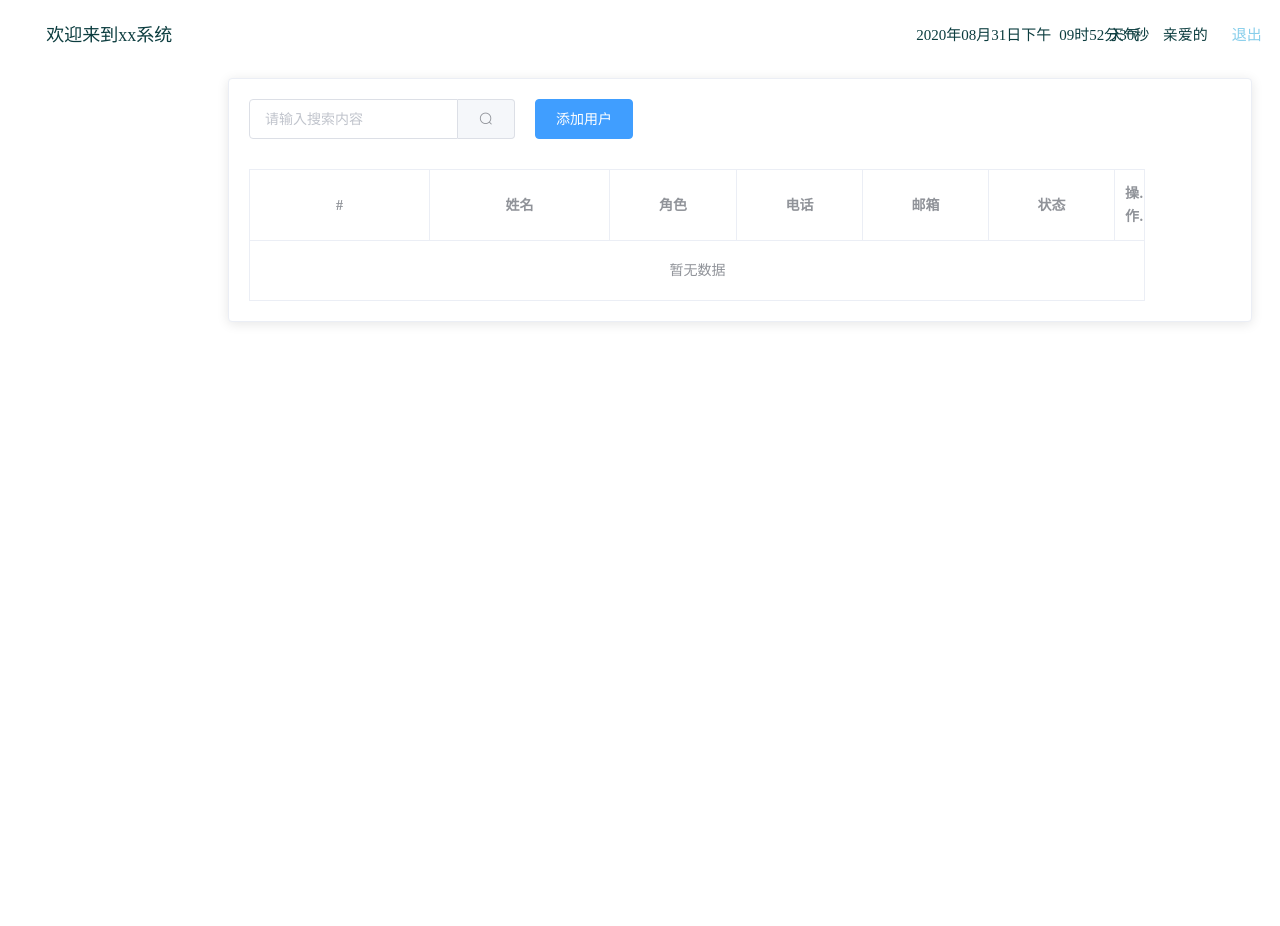
Repository: 2510699771/background-system
Page: /users/users
An editor plug-in stored every save of this project. The page is shown before and after a run of saves, followed by the edit.
The browser window is 1280 px wide. The pictures show the whole page.
The page's requests for data from a server got no answer. The project was rebuilt for these pictures with package versions that can differ from the ones it lists, and the page was loaded fresh each time. No one was signed in, and anything a server would have sent is missing. Also part of the build but not shown: vue.config.js, src/views/Home.vue.

Above is the page before, as saved 2020-08-31 21:55:23.

### src/main.js
import Vue from 'vue'
import App from './App.vue'
import router from './router'
import store from './store'
import ElementUI from 'element-ui';
import 'element-ui/lib/theme-chalk/index.css';

Vue.config.productionTip = false
Vue.use(ElementUI);

new Vue({
  router,
  store,
  el: '#app',
  render: h => h(App)
}).$mount('#app')

### src/App.vue
<template>
  <div id="app">

    <router-view/>
  </div>
</template>

<style lang="stylus">
</style>

### src/router/index.js
import Vue from 'vue'
import VueRouter from 'vue-router'
import Home from '../views/Home.vue'
import Layout from "../views/Layout/Layout.vue"

Vue.use(VueRouter)

const routes = [
  //首页
  {
    path: "/home",
    component: Layout,
    meta: {
      icon: 'el-icon-s-home'
    },
    children: [{
      path: "",
      name: 'Home',
      component: Home,
      meta: {
        title: '首页',
        parentpath: '/home',
        icon: 'el-icon-s-home'
      }
    }, ]
  },
  {
    path: '/',
    redirect: '/home'
  },
  //数据统计
  {
    path: "/reports",
    component: Layout,
    meta: {
      icon: 'el-icon-message'
    },
    children: [{
      path: "reports",
      name: "reports",
      component: () => import("../views/Reports/Reports.vue"),
      meta: {
        title: '数据报表',
        parentpath: "/reports/reports",
        icon: 'el-icon-position'
      }
    }]
  },
  //订单管理
  {
    path: "/orders",
    component: Layout,
    meta: {
      icon: 'el-icon-notebook-2'
    },
    children: [{
      path: "orders",
      name: "orders",
      component: () => import("../views/Orders/Orders.vue"),
      meta: {
        title: '订单列表',
        parentpath: "/orders/orders",
        icon: 'el-icon-folder-add'
      }
    }, ]
  },
  //商品管理
  {
    path: "/goods",
    component: Layout,
    meta: {
      icon: 'el-icon-shopping-bag-1'
    },
    children: [{
        path: "goods",
        name: "goods",
        component: () => import("../views/Goodlist/Goodlist.vue"),
        meta: {
          title: '商品列表',
          parentpath: "/goods/goods",
          icon: 'el-icon-bangzhu'
        }
      },
      {
        path: "params",
        name: "params",
        component: () => import("../views/Goodsparams/Goodsparams.vue"),
        meta: {
          title: '分类参数',
          parentpath: "/goods/params",
          icon: 'el-icon-bell'
        }
      }, {
        path: "categories",
        name: "categories",
        component: () => import("../views/GoodsCategories/GoodsCategories.vue"),
        meta: {
          title: '商品分类',
          parentpath: "/goods/categories",
          icon: 'el-icon-date'
        }
      },
    ]
  },
  //用户管理
  {
    path: "/users",
    component: Layout,
    meta: {
      icon: 'el-icon-user'
    },
    children: [{
      path: "users",
      name: "users",
      component: () => import("../views/UserList/UserList.vue"),
      meta: {
        title: '用户列表',
        parentpath: "/users/users",
        icon: 'el-icon-user'
      }
    }, ]
  },
  //权限管理
  {
    path: "/rights",
    component: Layout,
    meta: {
      icon: 'el-icon-folder'
    },
    children: [{
      path: "roles",
      name: "roles",
      component: () => import("../views/Rolelist/Rolelist.vue"),
      meta: {
        title: '角色列表',
        parentpath: "/rights/roles",
        icon: 'el-icon-setting'
      }
    }, {
      path: "rights",
      name: "rights",
      component: () => import("../views/Permissionslist/Permissionslist.vue"),
      meta: {
        title: '权限列表',
        parentpath: "/rights/rights",
        icon: 'el-icon-c-scale-to-original'
      }
    }, ]
  },
  //登录
  {
    path: '/login',
    name: 'login',
    component: () => import('../views/Login/Login.vue')
  }
]
const isPro = process.env.NODE_ENV === 'production'

const router = new VueRouter({
  mode: isPro ? 'hash' : 'history',
  base: process.env.BASE_URL,
  routes
})

export default router

### src/store/index.js
import Vue from 'vue'
import Vuex from 'vuex'
import user from "./user/user"

Vue.use(Vuex)

export default new Vuex.Store({
  //存储共享数据
  state: {},
  //同步修改state的值
  mutations: {},
  //用来发请求，异步提交mutation
  actions: {},
  //模块
  modules: {
    user
  }
})

### src/views/Layout/Layout.vue
<template>
  <div>
    <el-container>
      <el-header height="50px">
        <top></top>
      </el-header>
      <el-container>
        <el-aside width="200px">
          <left></left>
        </el-aside>
        <el-main>
          <router-view />
        </el-main>
      </el-container>
    </el-container>
  </div>
</template>

<script>
import top from "../../components/Layout/Top";
import left from "../../components/Layout/Left";
export default {
  name: "",
  //接受父组件传递的数据
  props: {},
  //注册组件
  components: {
    top,
    left,
  },
  data() {
    return {};
  },
  methods: {},
  mounted() {},
  watch: {},
  computed: {},
};
</script>

<style scoped lang='scss'>
.el-main {
  height: 860px;
}
</style>

### src/views/UserList/UserList.vue
<template>
  <div>
    <el-card class="box-card">
      <div style="width:30vw;display:flex">
        <el-input placeholder="请输入搜索内容" v-model="value" class="input-with-select">
          <el-button slot="append" icon="el-icon-search"></el-button>
        </el-input>
        <el-button type="primary" style="margin-left:20px">添加用户</el-button>
      </div>
      <div style="width:70vw;margin-top:30px">
        <el-table :data="userslist" border style="width: 100%" stripe>
          <el-table-column prop="date" label="#" width="180" type="index" align="center"></el-table-column>
          <el-table-column prop="username" label="姓名" width="180" align="center"></el-table-column>
          <el-table-column prop="role_name" label="角色" align="center"></el-table-column>
          <el-table-column prop="create_time" label="电话" align="center"></el-table-column>
          <el-table-column prop="email" label="邮箱" align="center"></el-table-column>
          <el-table-column prop="address" label="状态" align="center">
            <template slot-scope="scope">
              <el-switch
                v-model="scope.row.mg_state"
                active-color="#13ce66"
                @change="change(scope)"
                inactive-color="#A9A9A9"
              ></el-switch>
            </template>
          </el-table-column>
          <el-table-column prop="address" label="操作" align="center" width="30%">
            <template slot-scope="scope">
              <el-button
                type="primary"
                size="mini"
                icon="el-icon-edit"
                @click="handleEdit(scope.$index, scope.row)"
              ></el-button>
              <el-button
                type="danger"
                icon="el-icon-delete"
                size="mini"
                @click="handleEdit(scope.$index, scope.row)"
              ></el-button>
              <el-button
                type="warning"
                size="mini"
                icon="el-icon-setting"
                @click="handleEdit(scope.$index, scope.row)"
              ></el-button>
            </template>
          </el-table-column>
        </el-table>
      </div>
      <!-- <div style="margin-top:20px">
        <el-pagination
          @size-change="handleSizeChange"
          @current-change="handleCurrentChange"
          :current-page="currentPage"
          :page-sizes="pageSizes"
          :page-size="pageSize"
          layout="total, sizes, prev, pager, next, jumper"
          :total="uselist.length"
        ></el-pagination>
      </div>-->
    </el-card>
  </div>
</template>

<script>
import { createNamespacedHelpers } from "vuex";
const userModule = createNamespacedHelpers("user");
const { mapState: userState, mapActions: userActions } = userModule;
export default {
  name: "",
  //接受父组件传递的数据
  props: {},
  //注册组件
  components: {},
  data() {
    return {
      value: "",
      currentPage: 1,
      pageSizes: [5, 15, 20, 30],
      pagesize: 5, //每页显示条数
      pagenum: 1, //当前页码
      query: "", //查询参数
    };
  },
  methods: {
    change(e) {
      console.log(e);
      console.log(111);
    },
    //方法展开
    ...userActions(["getUsers"]),

    handleSizeChange(val) {
      console.log(`每页 ${val} 条`);
    },
    handleCurrentChange(val) {
      console.log(`当前页: ${val}`);
    },
    // getUsers() {
    //   this.$store.dispatch("user/getUsers", {
    //     query: this.query,
    //     pagenum: this.pagenum,
    //     pagesize: this.pagesize,
    //   });
    // },
  },
  mounted() {
    // this.getUsers();
    this.getUsers({
      query: this.query,
      pagenum: this.pagenum,
      pagesize: this.pagesize,
    });
  },
  watch: {},
  computed: {
    //数据展开
    ...userState(["userslist"]),
  },
};
</script>

<style scoped lang='scss'>
</style>

### src/store/user/user.js
import api from "../../http/api"
import router from "../../router"
import {
    Message
} from "element-ui"
export default {
    //开启命名空间
    namespaced: true,
    //存储共享数据
    state: {
        menus: [], //侧边导航

        userslist: [], //用户管理用户列表
        pagesize: 5, //每页显示条数
        pagenum: 1, //当前页码
        query: "", //查询参数

    },
    //同步修改state的值
    mutations: {
        //侧边导航栏方法
        setMenus(state, data) {
            state.menus = data
        },
        //用户管理列表
        setUserslist(state, data) {
            state.userslist = data
        }
    },

    //用来发请求，异步提交mutation
    actions: {
        //所有的请求都写在actions中

        //提交commit
        async getMenus({
            commit
        }) {
            let res = await api.getMenus()
            if (res.meta.status === 200) {
                res.data.unshift({
                    path: 'home',
                    authName: '首页',
                })
                res.data.map(item => {
                    item.path = '/' + item.path
                    router.options.routes.map(item2 => {
                        if (item.path === item2.path) {
                            item.icon = item2.meta.icon
                            if (item2.children && item2.children.length > 0) {
                                item2.children.map(item3 => {
                                    if (item.children && item.children.length > 0) {
                                        item.children.map(item4 => {
                                            if (item4.path === item3.path) {
                                                item4.icon = item3.meta.icon
                                            }
                                        })
                                    }
                                })
                            }
                        }
                    })
                    if (item.children && item.children.length > 0) {
                        item.children.map(item1 => {
                            item1.path = item.path + '/' + item1.path
                        })
                    }

                })
                commit('setMenus', res.data)

            }
        },

        //没有提交commit
        async login({
            commit
        }, {
            username,
            password
        }) {
            let res = await api.login({
                username,
                password
            })
            if (res.meta.status) {
                localStorage.setItem('admitToken', res.data.token)
                localStorage.setItem('admitUser', JSON.stringify(res.data))
                router.push('/')
                Message.success('登录成功')
                console.log(commit)
            }
        },

        async getUsers({
            commit
        }, {
            query,
            pagenum,
            pagesize,
        }) {
            let res = await api.getUsers(
                query, pagenum, pagesize
            )
            if (res.meta.status === 200) {
                console.log(res, "用户列表")
                commit('setUserslist', res.data.users)
            }
        }
    },
}

### src/components/Layout/Top.vue
<template>
  <div class="alltop">
    <div class="topContent">
      <div>欢迎来到xx系统</div>
      <div class="userinfo">
        <div class="time">
          <div>{{year}}</div>
          <div>{{prompt}}</div>
          <div style="margin:0 8px">{{specific}}</div>
        </div>
        <div style="width:30%">
          <div style="margin:0 12px">天气</div>
          <div style="margin:0 12px">亲爱的{{username}}</div>
          <div style="color:skyblue;cursor:pointer;margin:0 12px">退出</div>
        </div>
      </div>
    </div>
  </div>
</template>

<script>
import dayjs from "dayjs";
export default {
  name: "",
  //接受父组件传递的数据
  props: {},
  //注册组件
  components: {},
  data() {
    return {
      year: "",
      specific: "",
      prompt: "",
      username: "",
    };
  },
  methods: {
    getTime() {
      let time = dayjs(new Date()).format("YYYY年MM月DD日");
      let hour = dayjs(new Date()).format("HH");
      console.log(hour);
      if (0 <= hour && hour <= 12) {
        this.prompt = "上午";
      } else if (24 > hour && hour > 12) {
        this.prompt = "下午";
      }
      let specific = dayjs(new Date()).format("hh时mm分ss秒");
      this.year = time;
      this.specific = specific;
    },
  },
  mounted() {
    let name = JSON.parse(localStorage.getItem("admitUser"));
    if (name) {
      this.username = name.username;
    }
    setInterval(() => {
      this.getTime();
    }, 1000);
  },
  watch: {},
  computed: {},
};
</script>

<style scoped lang='scss'>
.alltop {
  color: rgb(12, 61, 63);
  width: 100%;
  height: 50px;
  display: flex;
  justify-content: center;
  align-content: center;
  font-size: 18px;
  .topContent {
    width: 97%;
    display: flex;
    justify-content: space-between;
    align-items: center;
    .userinfo {
      display: flex;
      width: 25%;
      justify-content: space-around;
    }
    .userinfo > div {
      height: 50px;
      align-items: center;
      display: flex;
      justify-content: center;
      font-size: 15px;
      white-space: nowrap;
    }
  }
}
.time {
  width: 15vw;
  display: flex;
  align-items: center;
}
</style>

### src/components/Layout/Left.vue
<template>
  <div>
    <el-menu router :default-active="$route.meta.parentpath" unique-opened>
      <!-- 最外层循环el-submenu不能直接在标签内部循环，需要在外部插槽循环然后给内容绑定:key -->
      <template v-for="item in menus">
        <el-submenu
          :key="item.id"
          :index="item.path"
          v-if="item.children && item.children.length > 0"
        >
          <!-- ！！！template标签必须要有slot="title"不然就为内容 -->
          <template slot="title">
            <i :class="item.icon"></i>
            <span>{{item.authName}}</span>
          </template>
          <!-- 第二层标题循环用<el-menu-item-group>标签包裹 -->
          <el-menu-item-group>
            <!-- el-menu-item标签 :index绑定路由 可在标签内循环 -->
            <el-menu-item v-for="item1 in item.children" :index="item1.path" :key="item1.id">
              <!-- slot="title"可加可不加 -->
              <i :class="item1.icon"></i>
              <span slot="title">{{item1.authName}}</span>
            </el-menu-item>
          </el-menu-item-group>
        </el-submenu>
        <!-- v-else 如果item下的list为空的时候取消折叠 -->
        <el-menu-item :index="item.path" :key="item.id" v-else>
          <i :class="item.icon"></i>
          <span slot="title">{{ item.authName }}</span>
        </el-menu-item>
      </template>
    </el-menu>
  </div>
</template>

<script>
import { createNamespacedHelpers } from "vuex";
const userModule = createNamespacedHelpers("user");
const { mapState: userState, mapActions: userActions } = userModule;

export default {
  name: "",
  //接受父组件传递的数据
  props: {},
  //注册组件
  components: {},
  data() {
    return {};
  },
  methods: {
    //方法展开
    ...userActions(["getMenus"]),
  },
  mounted() {
    this.getMenus();
  },
  watch: {},
  computed: {
    //数据展开
    ...userState(["menus"]),
  },
};
</script>

<style scoped lang='scss'>
</style>

### src/http/api.js
import service from "./index"

export default {
    //登录
    login({
        username,
        password
    }) {
        return service.post('/login', {
            username,
            password
        })
    },
    //侧边导航
    getMenus() {
        return service.get('menus')
    },

    //用户数据列表
    getUsers(
        query, //查询参数
        pagenum, //当前页码
        pagesize //每页显示条数

    ) {
        return service.get(`users?query=${query}&pagenum=${pagenum}&pagesize=${pagesize}`)
    }

}

### src/http/index.js
import axios from "axios"
import nprogress from "nprogress"
import {
    Message
} from "element-ui"

//运行环境：本地环境:devLpment和线上(生产)环境:production
const isPro = process.env.NODE_ENV === 'production'

const servic = axios.create({
    //基础路径
    baseURL: isPro ? '线上接口路径' : '/api',
    timeout: 100000
})

//请求拦截
servic.interceptors.request.use((config) => {
    //请求成功的时候上面的进度条开始
    nprogress.start()
    //前后端建权(令牌)
    let token = localStorage.getItem('admitToken')
    if (token) {
        config.headers['Authorization'] = token
    }
    return config
}), err => {
    //请求失败的时候
    nprogress.done()
    return Promise.reject(err)
}


//响应拦截,每一次接口返回路径都会干的事情
servic.interceptors.response.use((res) => {
    nprogress.done()
    return res.data
}), err => {
    //失败的时候
    if (err.response && err.response.status) {
        //错误请求的状态码
        let status = err.response.status
        if (status === 400) {
            Message.error('参数错误')
        }
        if (status === 401) {
            Message.error('登录过期，请重新登录')
        }
        if (status === 403) {
            Message.error('没有权限')
        }
        if (status === 404) {
            Message.error('接口路径错误')
        }
        if (status === 500) {
            Message.error('服务器出错')
        }
        if (status === 400) {
            Message.error('参数错误')
        }
        if (status === 503) {
            Message.error('服务器在维护')
        }
    }
}
export default servic

Loaded but not shown: public/index.html (common file)

After the next 2 saves:
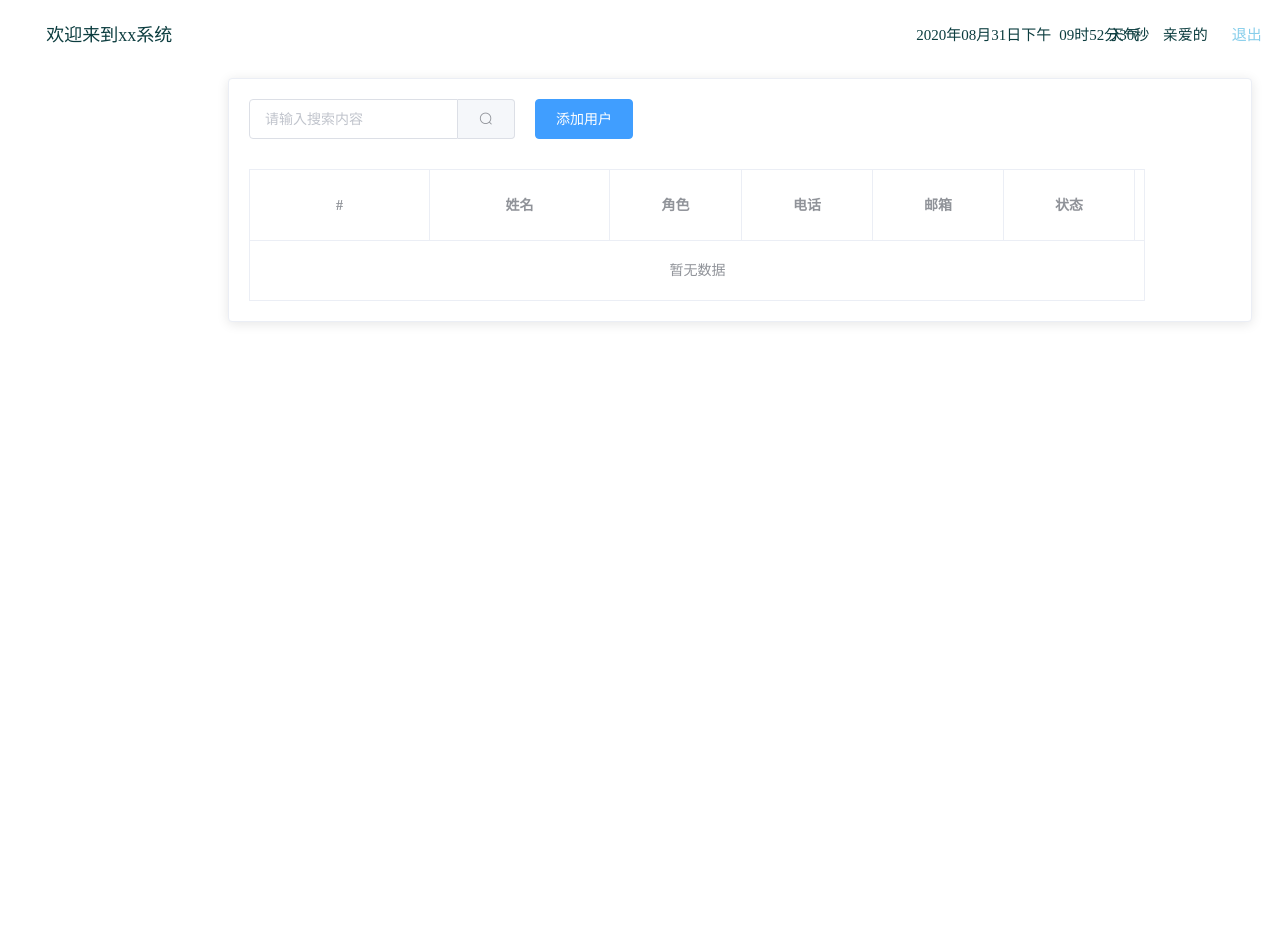
The 2 saves are shown as one change because they came seconds apart.
The last was saved 11 s later.
--- a/src/views/UserList/UserList.vue
+++ b/src/views/UserList/UserList.vue
@@ -24,7 +24,7 @@
               ></el-switch>
             </template>
           </el-table-column>
-          <el-table-column prop="address" label="操作" align="center" width="30%">
+          <el-table-column prop="address" label="操作" align="center" width="10%">
             <template slot-scope="scope">
               <el-button
                 type="primary"

After the save that followed:
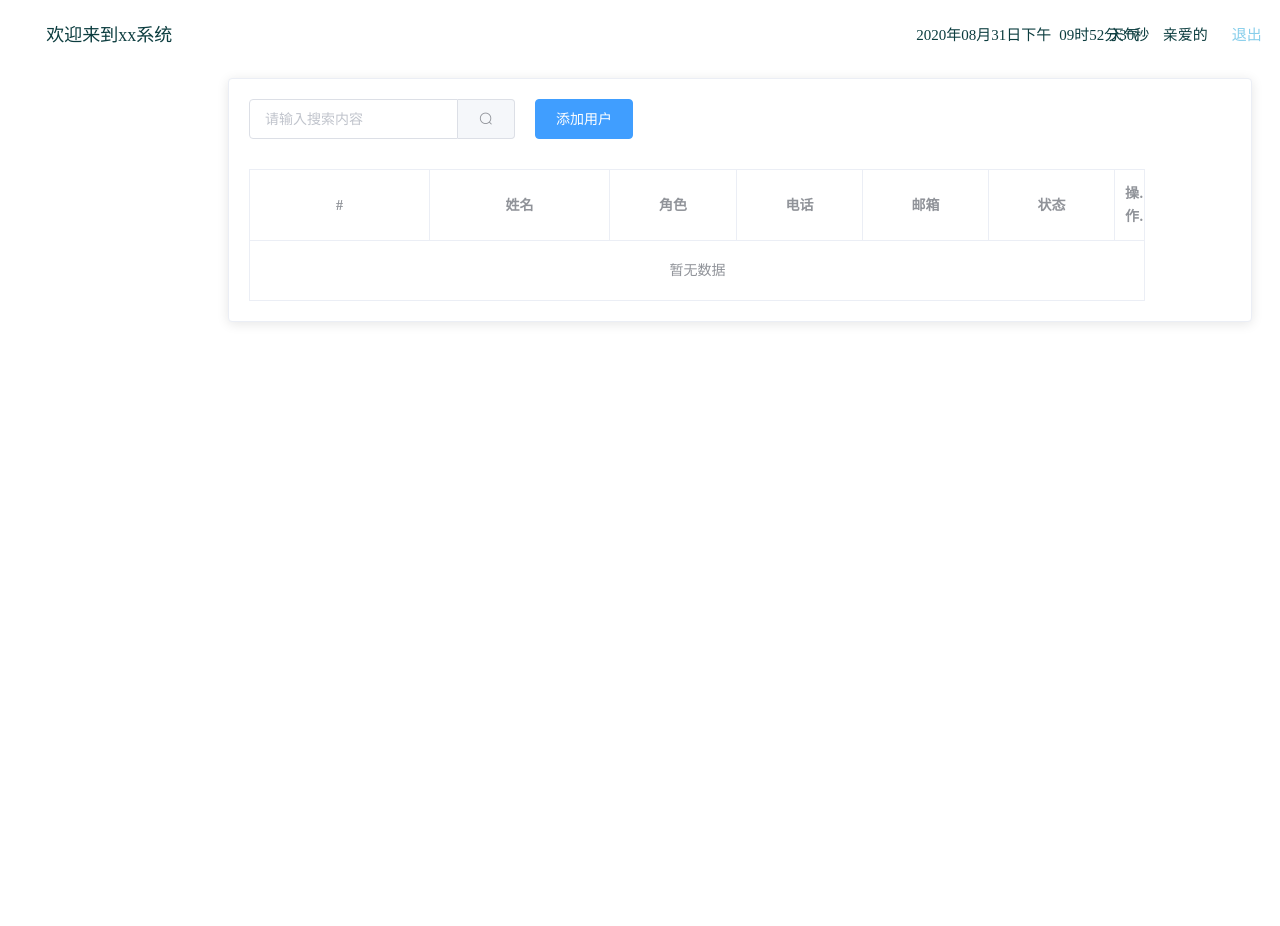
Saved 6 s later.
--- a/src/views/UserList/UserList.vue
+++ b/src/views/UserList/UserList.vue
@@ -24,7 +24,7 @@
               ></el-switch>
             </template>
           </el-table-column>
-          <el-table-column prop="address" label="操作" align="center" width="10%">
+          <el-table-column prop="address" label="操作" align="center" width="30vw">
             <template slot-scope="scope">
               <el-button
                 type="primary"
